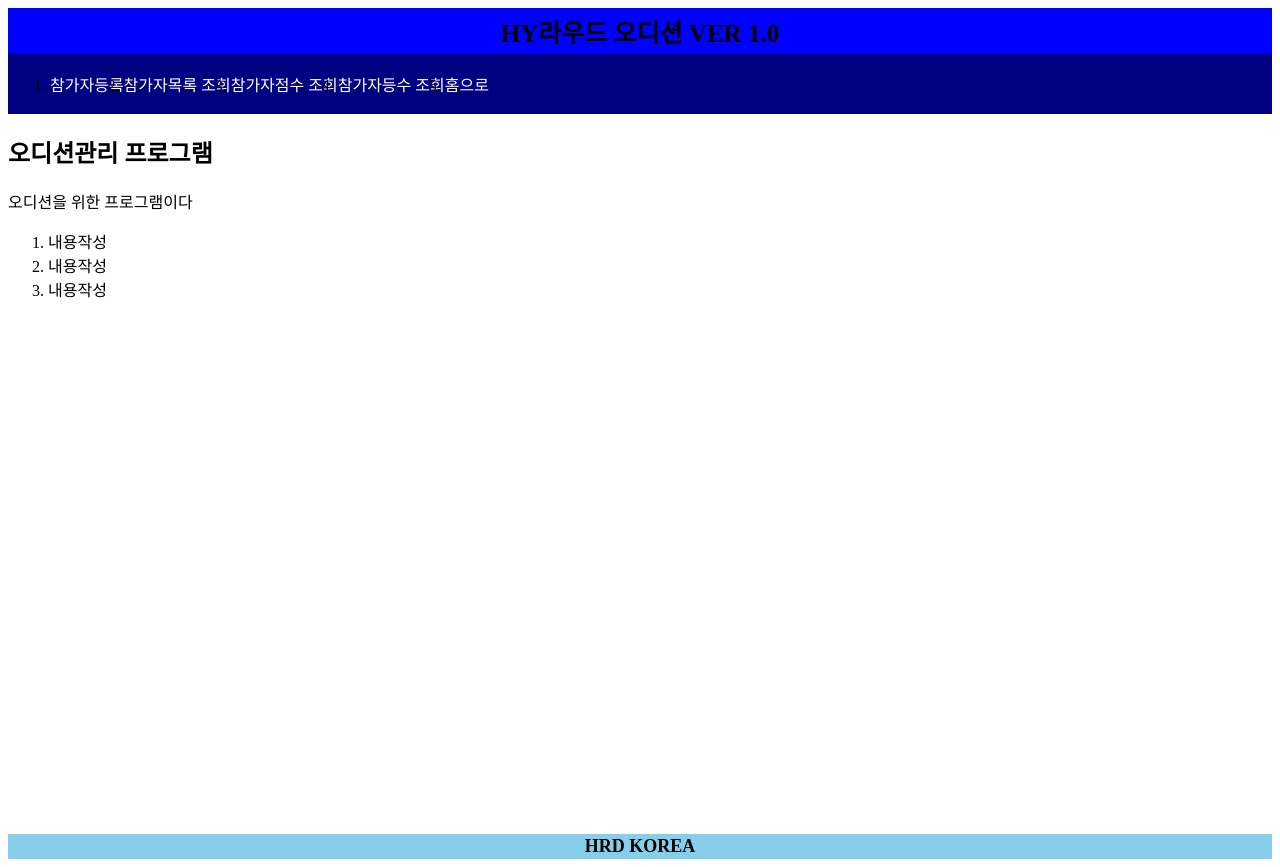
Repository: hoger96/java
Page: http://localhost/Audition/
The author's editor kept a copy of each file at every save. The page is drawn from the files as they stood at one save, then again after the next save.
The browser window is 1280 px wide. The pictures show the whole page.
The page is served by Tomcat 9. Other server files are loaded and not shown.

Above is the page before, as saved 2023-02-05 14:39:29.

### Audition/src/main/webapp/index.jsp
<%@ page language="java" contentType="text/html; charset=UTF-8"
    pageEncoding="UTF-8"%>
<!DOCTYPE html>
<html>
<head>
<meta charset="UTF-8">
<title>Insert title here</title>
<%
	String path = request.getContextPath();
%>
<link href="<%=path %>/css/index.css" rel="stylesheet">
</head>
<body>
<header>HY라우드 오디션 VER 1.0</header>
<nav>
	<ol>
		<li><a href="<%=path%>/reg">참가자등록</a></li>
		<li><a href="<%=path%>/list">참가자목록 조회</a></li>
		<li><a href="<%=path%>/score">참가자점수 조회</a></li>
		<li><a href="<%=path%>/rank">참가자등수 조회</a></li>
		<li><a href="index.jsp">홈으로</a></li>
	</ol>
</nav>
<section>
	<h2>오디션관리 프로그램</h2>
	<p>오디션을 위한 프로그램이다</p>
	<ol>
		<li>내용작성</li>
		<li>내용작성</li>
		<li>내용작성</li>
	</ol>
</section>
<footer>HRD KOREA</footer>
</body>
</html>

### Audition/src/main/webapp/css/index.css
@charset "UTF-8";
header{
	padding:5px;
	text-align:center;
	color:black;
	background-color:blue;
	font-size:25px;
	font-weight:bold;
}
nav{
	padding:2px;
	background-color:navy;
}
nav ol{
	display:flex;
}
a{
	text-decoration: none;
	color:white;
}
section{
	height:700px;
}
footer{
	padding:2px;
	background-color: skyblue;
	text-align:center;
	font-size:18px;
	font-weight: bold;
}

After the next save:
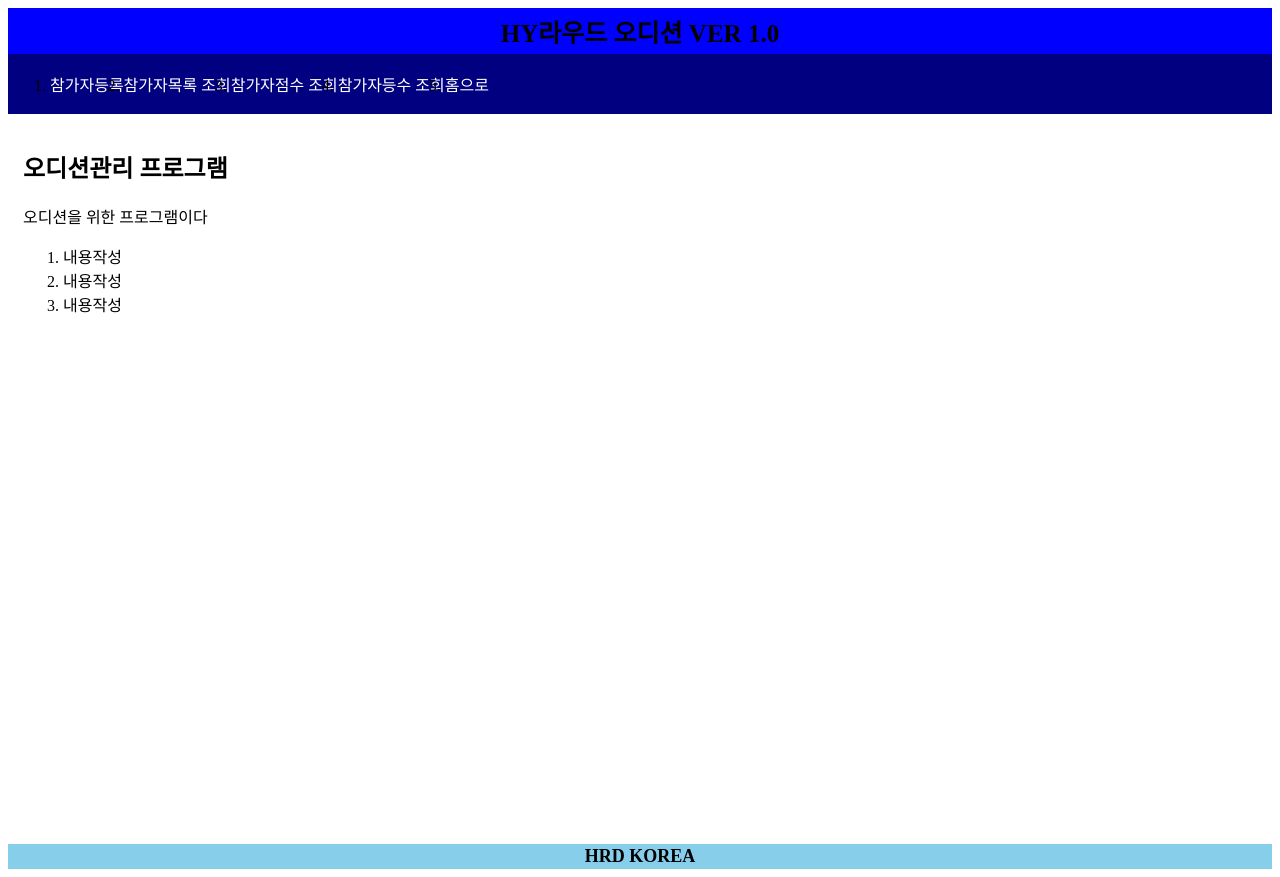
Saved 12 s later.
--- a/Audition/src/main/webapp/css/index.css
+++ b/Audition/src/main/webapp/css/index.css
@@ -20,6 +20,7 @@ a{
 }
 section{
 	height:700px;
+	padding:15px;
 }
 footer{
 	padding:2px;
